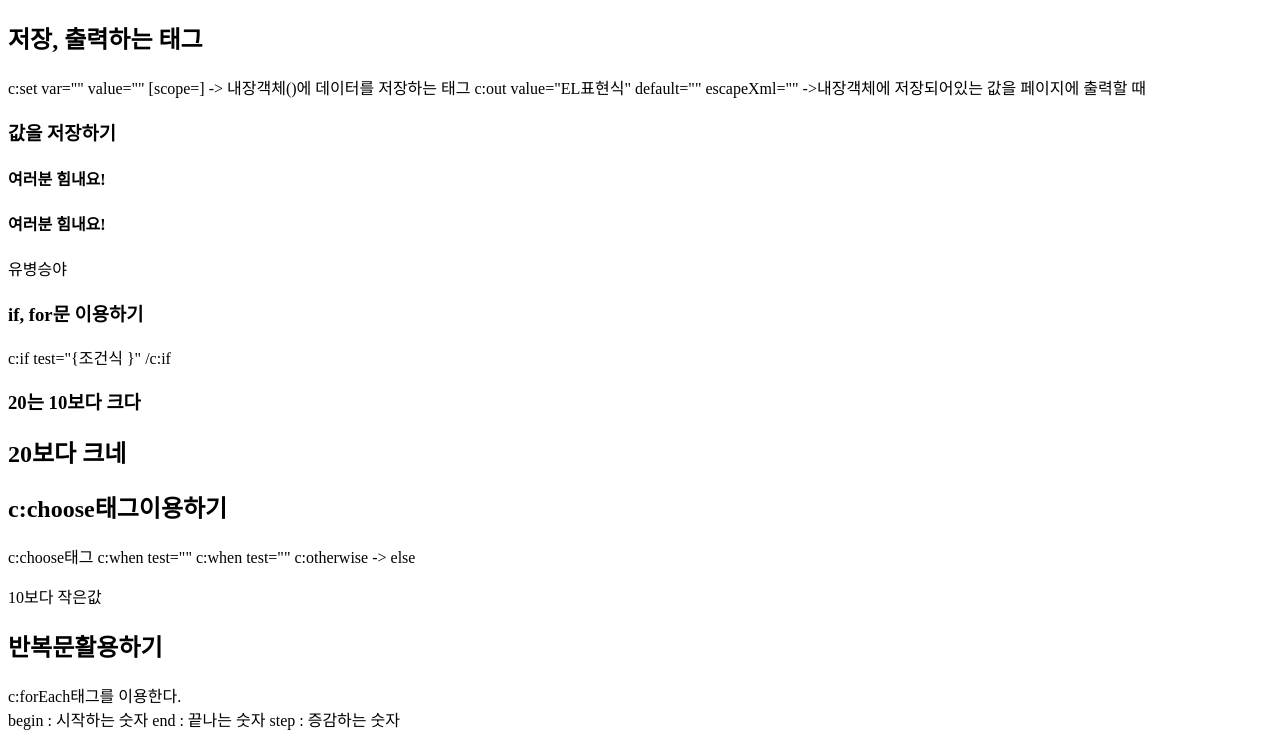
Repository: simjiho/week
Page: http://localhost/el_jstl/views/jstl/02_controltag.jsp
These files come from the project's save history. The page is drawn as it stood at one moment and after the next save; the edit follows.
The browser window is 1280 px wide. The pictures show the whole page.
The page is served by Tomcat 9.

Above is the page before, as saved 2024-04-20 06:41:00.

After the next save:
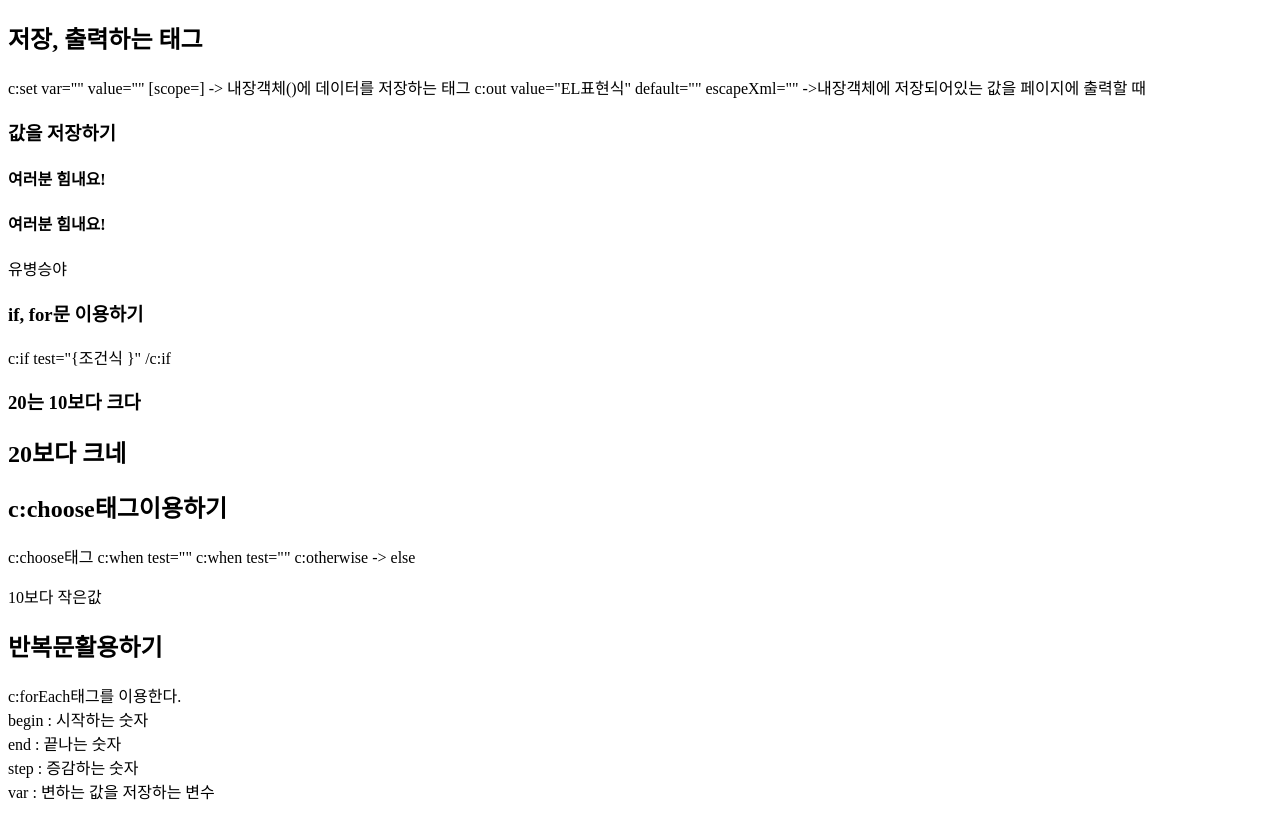
Saved 60 s later.
--- a/workspace/el_jstl/src/main/webapp/views/jstl/02_controltag.jsp
+++ b/workspace/el_jstl/src/main/webapp/views/jstl/02_controltag.jsp
@@ -71,9 +71,10 @@
 	<h2>반복문활용하기</h2>
 	<p>
 		c:forEach태그를 이용한다. <br>
-		begin : 시작하는 숫자
-		end : 끝나는 숫자
-		step : 증감하는 숫자
+		begin : 시작하는 숫자 <br>
+		end : 끝나는 숫자 <br>
+		step : 증감하는 숫자 <br>
+		var : 변하는 값을 저장하는 변수 <br>
 	</p>
 
 </body>
